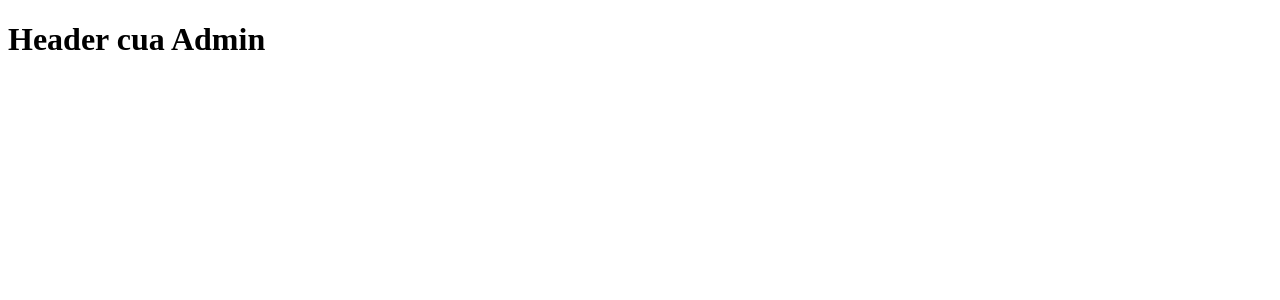
Repository: vule2809/LTW-20146307
Page: http://localhost/Banxemay_nhom10/common/admin/header.jsp
An editor plug-in stored every save of this project. The page is shown before and after the next save, followed by the edit.
The browser window is 1280 px wide. The pictures show the whole page.
The page is served by Tomcat 9. Nobody is signed in. The application's start-up code is not run.

Above is the page before, as saved 2023-12-10 00:55:21.

After the next save:
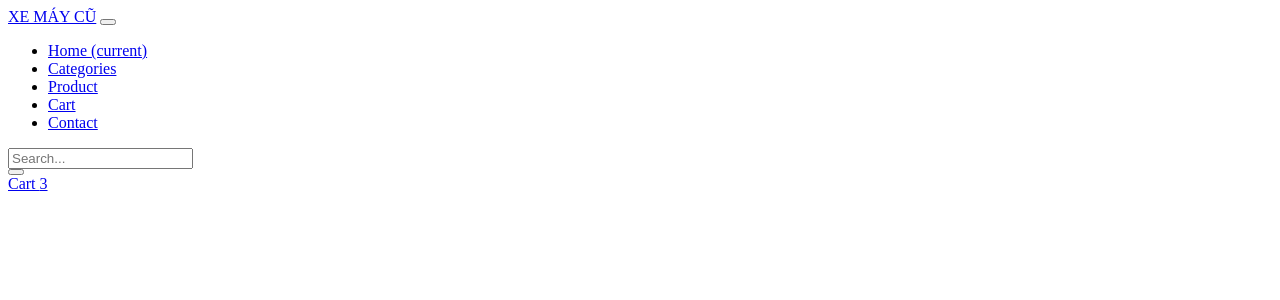
Saved 28 s later.
--- a/Banxemay_nhom10/src/main/webapp/common/admin/header.jsp
+++ b/Banxemay_nhom10/src/main/webapp/common/admin/header.jsp
@@ -1,12 +1,45 @@
 <%@ page language="java" contentType="text/html; charset=UTF-8"
     pageEncoding="UTF-8"%>
-<!DOCTYPE html>
-<html>
-<head>
-<meta charset="UTF-8">
-<title>Insert title here</title>
-</head>
-<body>
-	<h1>Header cua Admin</h1>
-</body>
-</html>
+<nav class="navbar navbar-expand-md navbar-dark bg-dark">
+    <div class="container">
+        <a class="navbar-brand" href="index.html">XE MÁY CŨ</a>
+        <button class="navbar-toggler" type="button" data-toggle="collapse" data-target="#navbarsExampleDefault" aria-controls="navbarsExampleDefault" aria-expanded="false" aria-label="Toggle navigation">
+            <span class="navbar-toggler-icon"></span>
+        </button>
+
+        <div class="collapse navbar-collapse justify-content-end" id="navbarsExampleDefault">
+            <ul class="navbar-nav m-auto">
+                <li class="nav-item active">
+                    <a class="nav-link" href="#">Home <span class="sr-only">(current)</span></a>
+                </li>
+                <li class="nav-item">
+                    <a class="nav-link" href="category.html">Categories</a>
+                </li>
+                <li class="nav-item">
+                    <a class="nav-link" href="product.html">Product</a>
+                </li>
+                <li class="nav-item">
+                    <a class="nav-link" href="product.html">Cart</a>
+                </li>
+                <li class="nav-item">
+                    <a class="nav-link" href="contact.html">Contact</a>
+                </li>
+            </ul>
+
+            <form class="form-inline my-2 my-lg-0">
+                <div class="input-group input-group-sm">
+                    <input type="text" class="form-control" placeholder="Search...">
+                    <div class="input-group-append">
+                        <button type="button" class="btn btn-secondary btn-number">
+                            <i class="fa fa-search"></i>
+                        </button>
+                    </div>
+                </div>
+                <a class="btn btn-success btn-sm ml-3" href="cart.html">
+                    <i class="fa fa-shopping-cart"></i> Cart
+                    <span class="badge badge-light">3</span>
+                </a>
+            </form>
+        </div>
+    </div>
+</nav>
